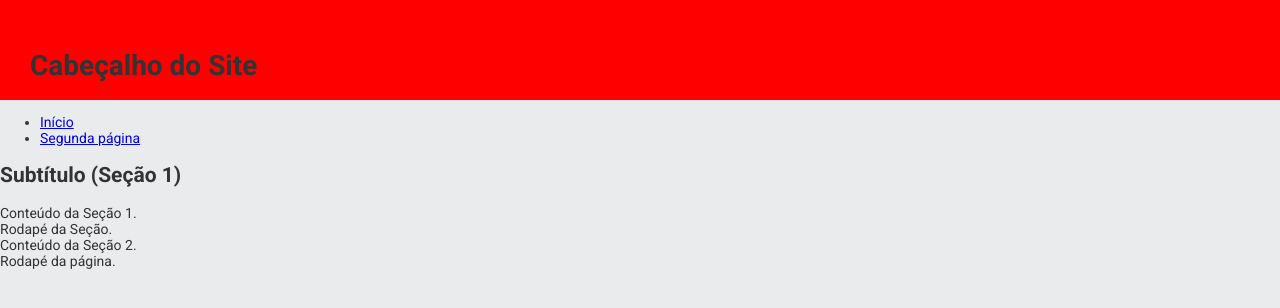
Repository: rrresck/pos_graduacao
Page: index.html
These files come from the project's save history. The page is drawn as it stood at one moment and after the next save; the edit follows.
The browser window is 1280 px wide. The pictures show the whole page.

Above is the page before, as saved 2023-05-04 11:12:16.

After the next save:
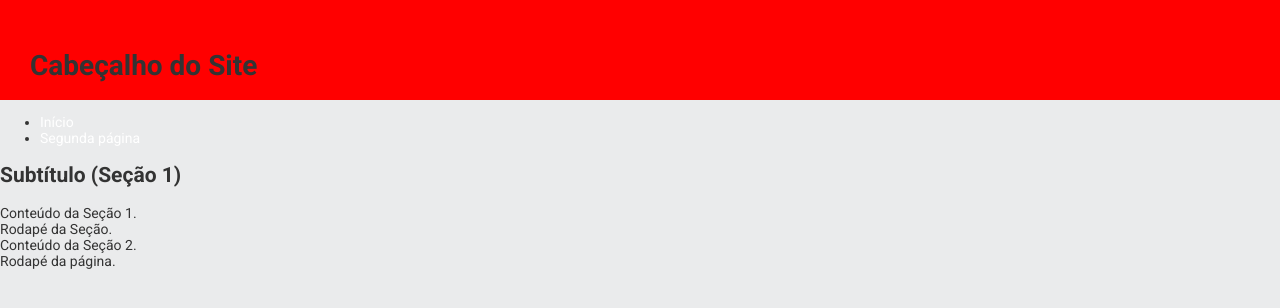
Saved 112 s later.
--- a/css/styles.css
+++ b/css/styles.css
@@ -31,3 +31,18 @@ body {
     padding: 0;
     margin: 0;
 }
+
+.menu li, a{
+    color: #ffffff;
+    text-decoration: none;
+    display: inline-block;
+}
+
+.menu a {
+    padding: 15px 30px;
+}
+
+.menu a:hover{
+    background-color: white;
+    color: black;
+}
